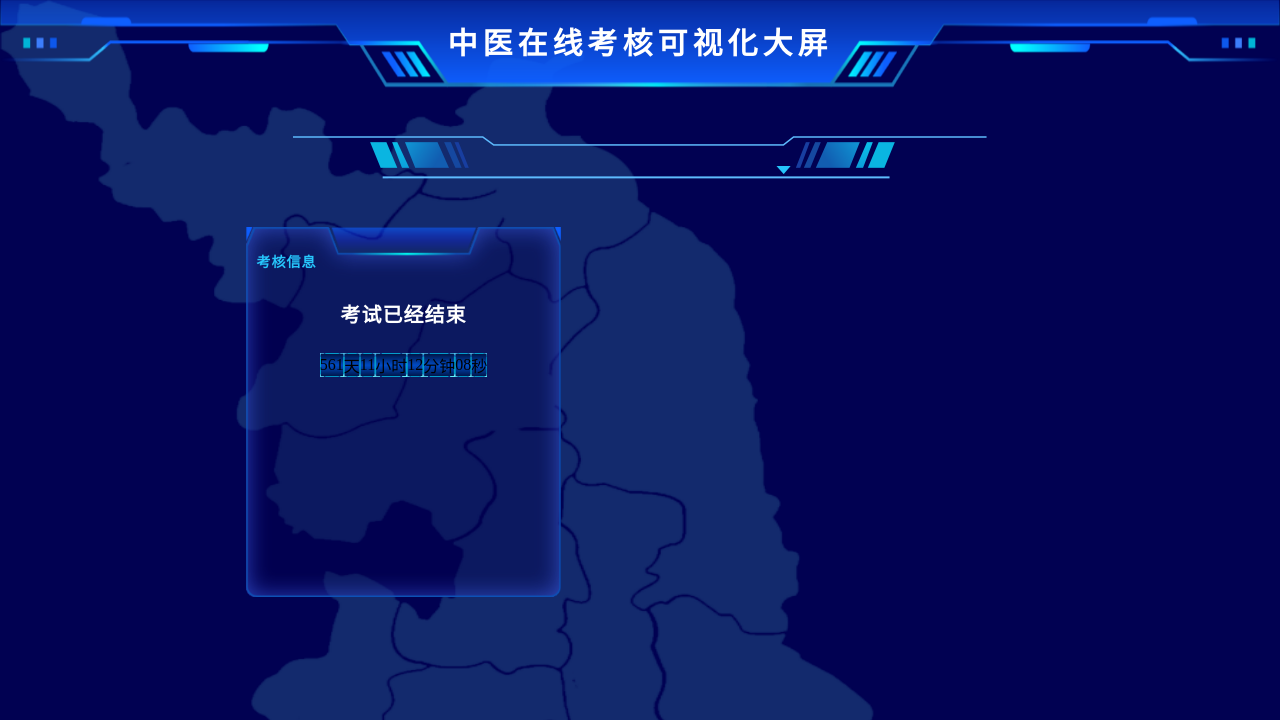
Repository: krislorem/medicine-online-datascreen-vue
Page: /
The author's editor kept a copy of each file at every save. The page is drawn from the files as they stood at one save, then again after the next save.
The browser window is 1280 px wide. The pictures show the whole page.
The project was rebuilt for these pictures with package versions that can differ from the ones it lists, and the page was loaded fresh each time. Also part of the build but not shown: vite.config.ts.

Above is the page before, as saved 2024-12-04 11:53:14.
Console error (its wording comes from the project's code and is left out).

After the next save:
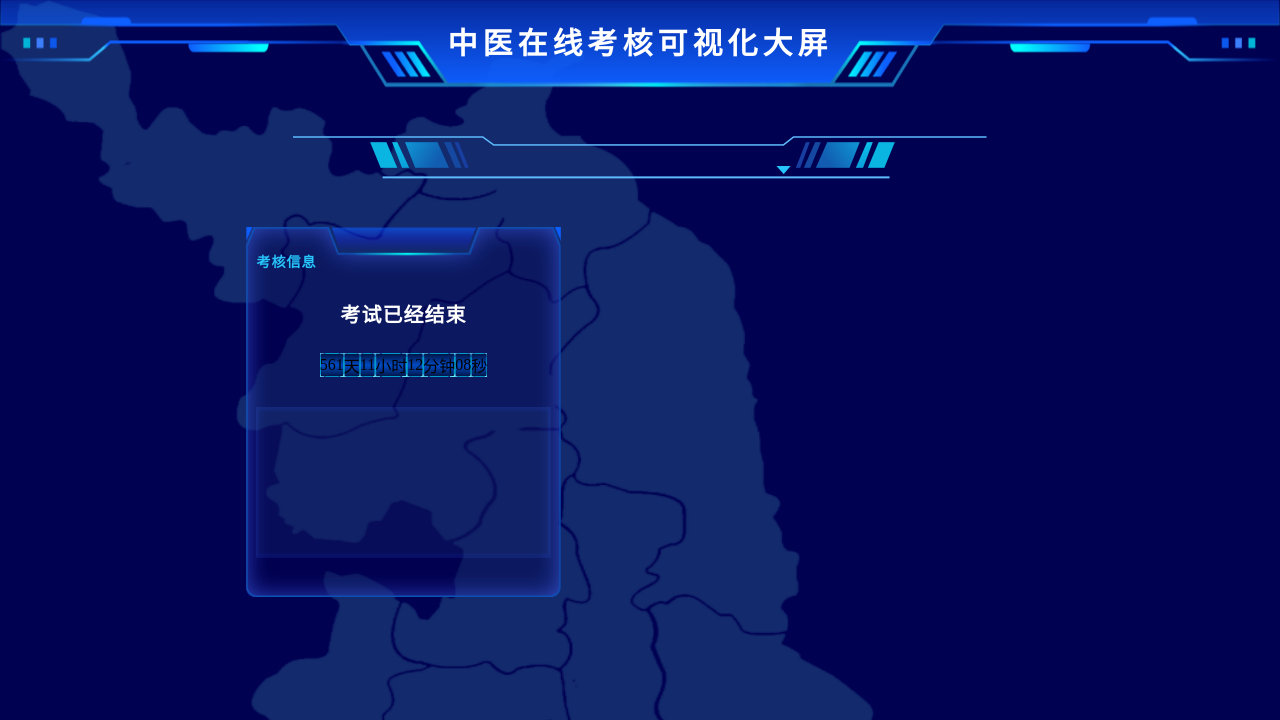
Saved 29 s later.
--- a/src/views/HomeView.vue
+++ b/src/views/HomeView.vue
@@ -21,6 +21,7 @@
             <div class="time-box" style=";"><span class="time-num">08</span></div>
             <div class="time-box" style=";"><span class="time-num">秒</span></div>
           </div>
+          <div class="result"></div>
         </div>
       </div>
       <div id="right"></div>
